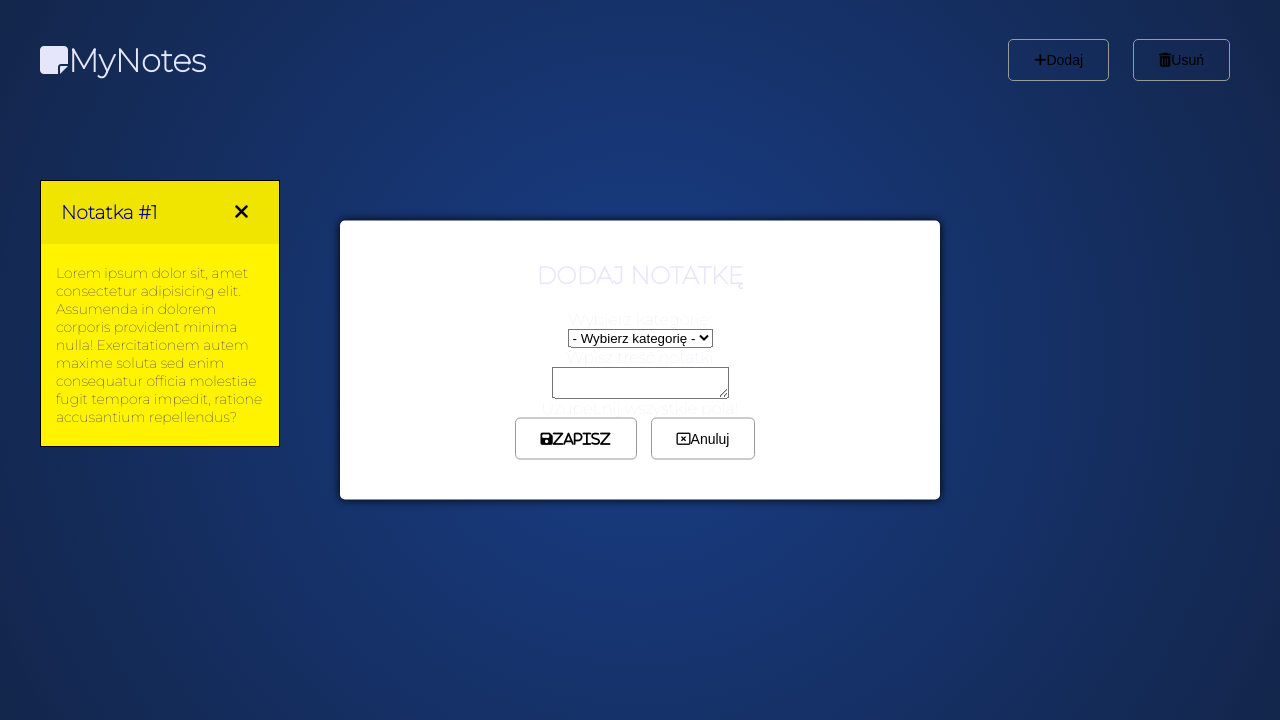
Repository: KrzysKolo/Projekt-7_Notes
Page: js/index.html
These files come from the project's save history. The page is drawn as it stood at one moment and after the next save; the edit follows.
The browser window is 1280 px wide. The pictures show the whole page.
Some web libraries are served in a nearby version.

Above is the page before, as saved 2020-07-07 13:58:38.
Console error: SyntaxError: Unexpected token '<'

### js/index.html
<!DOCTYPE html>
<html lang="en">
  <head>
    <meta charset="UTF-8" />
    <meta name="viewport" content="width=device-width, initial-scale=1.0" />
    <title>projekt 6 - My notes</title>
    <script
      src="https://kit.fontawesome.com/21efeaf281.js"
      crossorigin="anonymous"
    ></script>
    <link
      href="https://fonts.googleapis.com/css2?family=Montserrat:wght@100&display=swap"
      rel="stylesheet"
    />
    <link rel="stylesheet" href="./../css/style.css" />
  </head>
  <body>
    <div class="menu">
      <h1><i class="fas fa-sticky-note"></i>MyNotes</h1>
      <div class="menu-buttons">
        <button class="add icon"><i class="fas fa-plus"></i>Dodaj</button>
        <button class="delete-all icon">
          <i class="fas fa-trash-alt"></i>Usuń
        </button>
      </div>
    </div>

    <div class="note-area">
      <div class="note">
        <div class="note-header">
          <h3 class="note-title">Notatka #1</h3>
          <button class="delete-note"><i class="fas fa-times icon"></i></button>
        </div>

        <div class="note-body">
          Lorem ipsum dolor sit, amet consectetur adipisicing elit. Assumenda in
          dolorem corporis provident minima nulla! Exercitationem autem maxime
          soluta sed enim consequatur officia molestiae fugit tempora impedit,
          ratione accusantium repellendus?
        </div>
      </div>
    </div>

    <div class="note-panel">
      <h2>Dodaj notatkę</h2>
      <label for="category">Wybierz kategorię: </label>
      <select id="category">
        <option value="0" disabled selected>- Wybierz kategorię -</option>
        <option value="1">Praca</option>
        <option value="2">Dom</option>
        <option value="3">Zakupy</option>
        <option value="4">Inne</option>
      </select>

      <label for="text">Wpisz treść notatki</label>
      <textarea id="text"></textarea>

      <p class="error">UzupeLnij wszystkie pola!</p>
      <div class="panel-buttons">
        <button class="save icon"><i class="fas fa-save">Zapisz</i></button>
        <button class="cancel icon">
          <i class="far fa-window-close"></i>Anuluj
        </button>
      </div>
    </div>
    <script src="./../js/index.html"></script>
  </body>
</html>

### css/style.css
* {
  box-sizing: border-box;
  padding: 0;
  margin: 0;
}
body {
  height: 100vh;
  font-family: "Montserrat", sans-serif;
  background-image: radial-gradient(
    circle,
    rgba(24, 60, 132, 1) 5%,
    rgba(19, 38, 75, 1) 100%
  );
  color: lavender;
}
.menu {
  display: flex;
  justify-content: space-between;
  align-items: center;
  padding: 40px;
  height: 120px;
}
.menu button,
.note-panel .save,
.note-panel .cancel {
  padding: 12px 25px;
  background: none;
  border: 1px solid #999;
  border-radius: 5px;
  font-size: 14px;
  cursor: pointer;
  transition: background-color 0.3s, color 0.3s;
}
.menu button:hover,
.note-panel .save:hover,
.note-panel .cancel:hover {
  background-color: navy;
  color: paleturquoise;
}
.icon {
  margin-right: 10px;
}
.add {
  margin-right: 20px;
}
.note-area {
  display: flex;
  /*align-items: start;*/
  flex-wrap: wrap;
  padding: 20px;
}
.note {
  margin: 40px 20px;
  width: 240px;
  background-color: rgb(255, 243, 0);
  color: darkblue;
  border: 1px solid black;
}
.note-header {
  display: flex;
  justify-content: space-between;
  align-items: center;
  padding: 20px;
  background-color: rgba(0, 0, 0, 0.06);
}
.note-header .delete-note {
  background: none;
  font-size: 20px;
  border: none;
  cursor: pointer;
}
.note-body {
  padding: 20px 15px;
  font-size: 14px;
}
.note-panel {
  display: flex;
  justify-content: center;
  align-items: center;
  flex-direction: column;
  position: absolute;
  top: 50%;
  left: 50%;
  transform: translate(-50%, -50%);
  padding: 40px 0;
  width: 600px;
  background-color: #fff;
  box-shadow: 0 0 10px black;
  border-radius: 5px;
}
.note-panel h2 {
  margin-bottom: 20px;
  text-transform: uppercase;
}

After the next save:
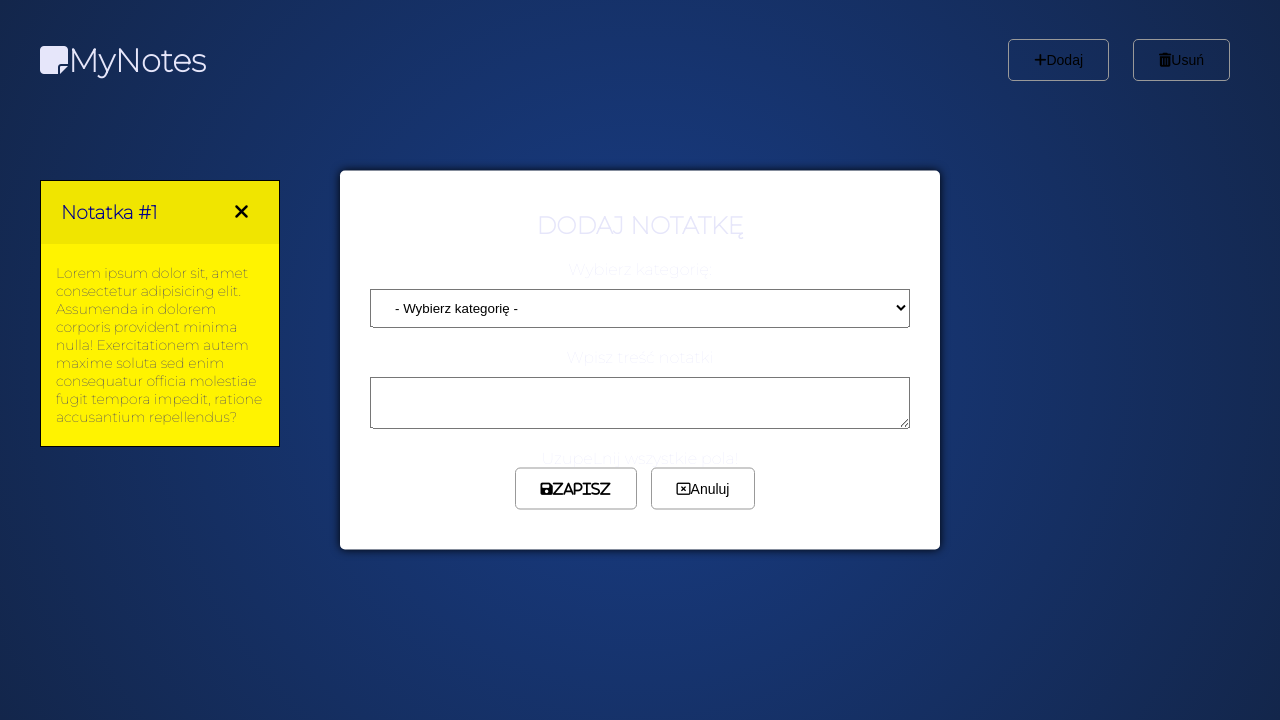
Saved 102 s later.
--- a/css/style.css
+++ b/css/style.css
@@ -92,3 +92,14 @@ body {
   margin-bottom: 20px;
   text-transform: uppercase;
 }
+.note-panel label {
+  margin-bottom: 10px;
+}
+.note-panel #text,
+.note-panel #category {
+  margin-bottom: 20px;
+  padding: 10px 20px;
+  width: 100%;
+  max-width: 90%;
+  max-height: 600px;
+}
